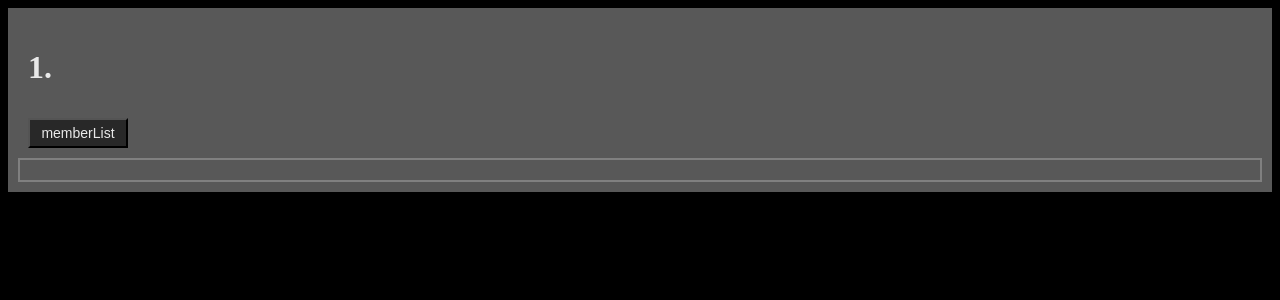
Repository: prawniel99/05_JQuery
Page: workspace/jqpro/WebContent/비동기5_fetch/member.html
These files come from the project's save history. The page is drawn as it stood at one moment and after the next save; the edit follows.
The browser window is 1280 px wide. The pictures show the whole page.

Above is the page before, as saved 2024-08-27 01:24:13.

After the next save:
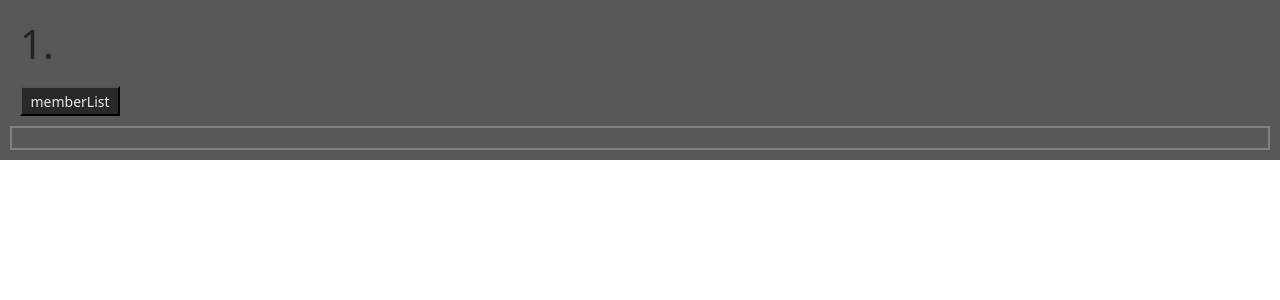
Saved 4 min 4 s later.
--- a/workspace/jqpro/WebContent/비동기5_fetch/member.html
+++ b/workspace/jqpro/WebContent/비동기5_fetch/member.html
@@ -7,6 +7,10 @@
 
     <link rel="stylesheet" href="../css/public.css">
     <script src="../js/jquery-3.7.1.js"></script>
+
+    <meta name="viewport" content="width=device-width, initial-scale=1">
+  	<link href="https://cdn.jsdelivr.net/npm/bootstrap@5.3.3/dist/css/bootstrap.min.css" rel="stylesheet">
+  	<script src="https://cdn.jsdelivr.net/npm/bootstrap@5.3.3/dist/js/bootstrap.bundle.min.js"></script>
 
 	<style>
 

After the 3 saves that followed:
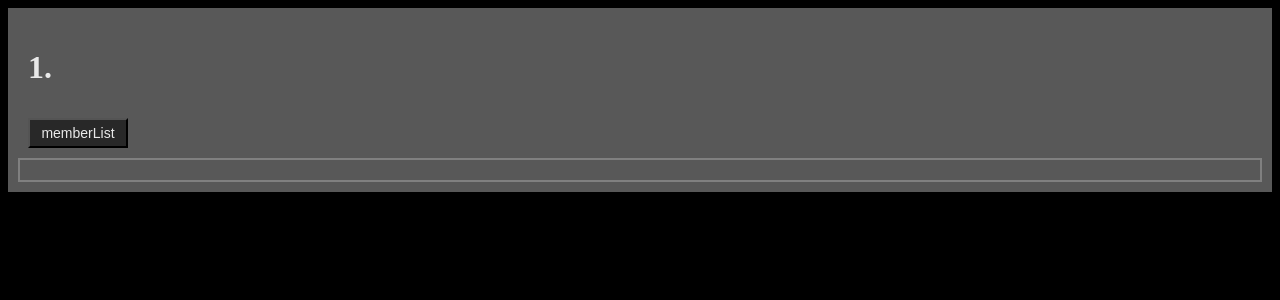
The 3 saves are shown as one change because 2 left the picture as it was.
The last was saved 3 min 30 s later.
--- a/workspace/jqpro/WebContent/비동기5_fetch/member.html
+++ b/workspace/jqpro/WebContent/비동기5_fetch/member.html
@@ -9,7 +9,6 @@
     <script src="../js/jquery-3.7.1.js"></script>
 
     <meta name="viewport" content="width=device-width, initial-scale=1">
-  	<link href="https://cdn.jsdelivr.net/npm/bootstrap@5.3.3/dist/css/bootstrap.min.css" rel="stylesheet">
   	<script src="https://cdn.jsdelivr.net/npm/bootstrap@5.3.3/dist/js/bootstrap.bundle.min.js"></script>
 
 	<style>
@@ -30,7 +29,7 @@
                 })
                 .then(function(data){
                 	console.log(data)
-                	code = "<table border='1'>";
+                	code = "<table border='1' class='table'>";
                 	code += "<tr><td>ID</td>";
                 	code += "<td>NAME</td><td>EMAIL</td>";
                 	code += "<td>TEL</td></tr>";
